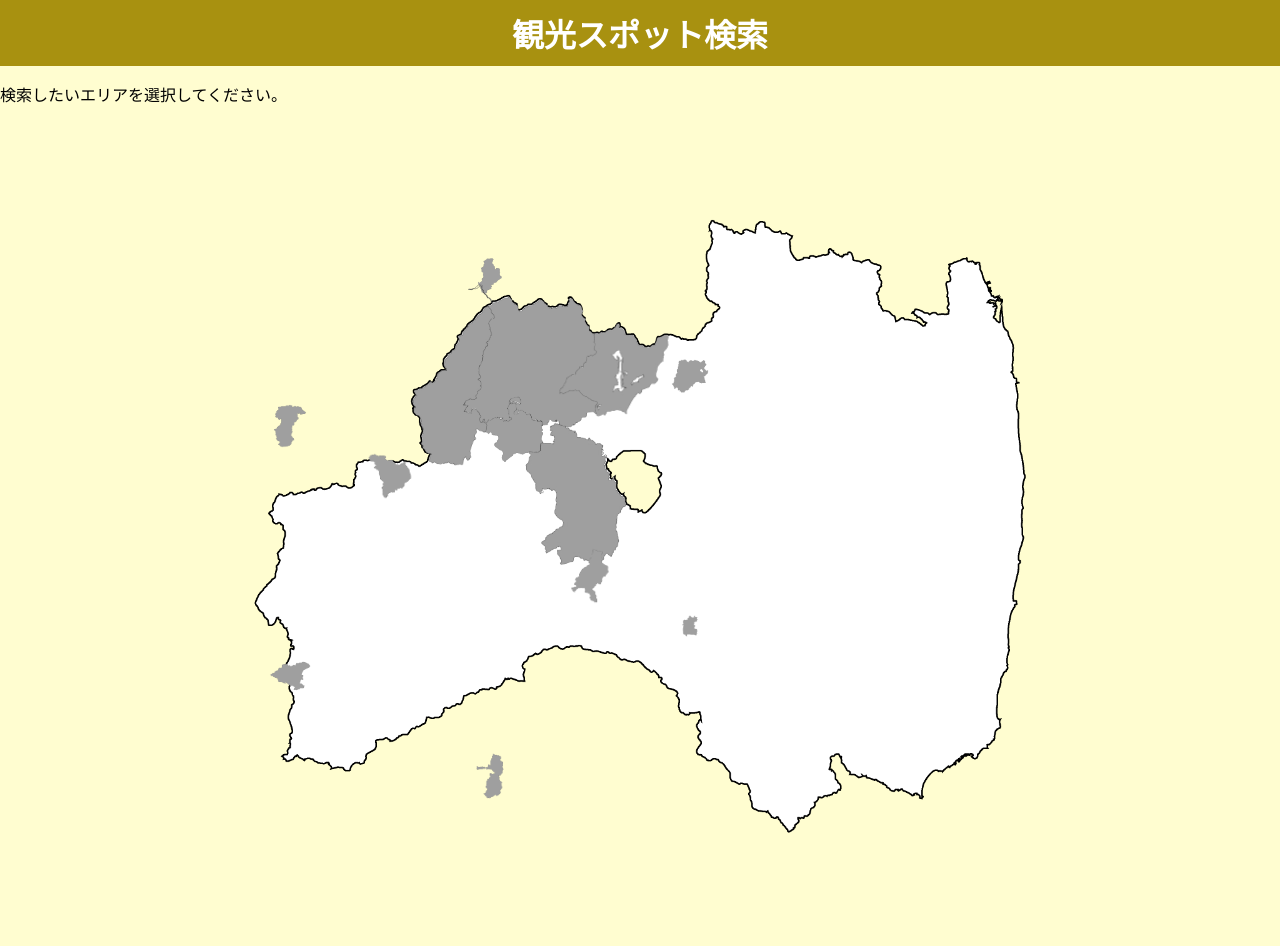
Repository: ryoutana/tanaryou.github.io
Page: Downloads/project/index.html
These files come from the project's save history. The page is drawn as it stood at one moment and after a run of saves; the edit follows.
The browser window is 1280 px wide. The pictures show the whole page.

Above is the page before, as saved 2025-04-29 13:35:23.

After the next 3 saves:
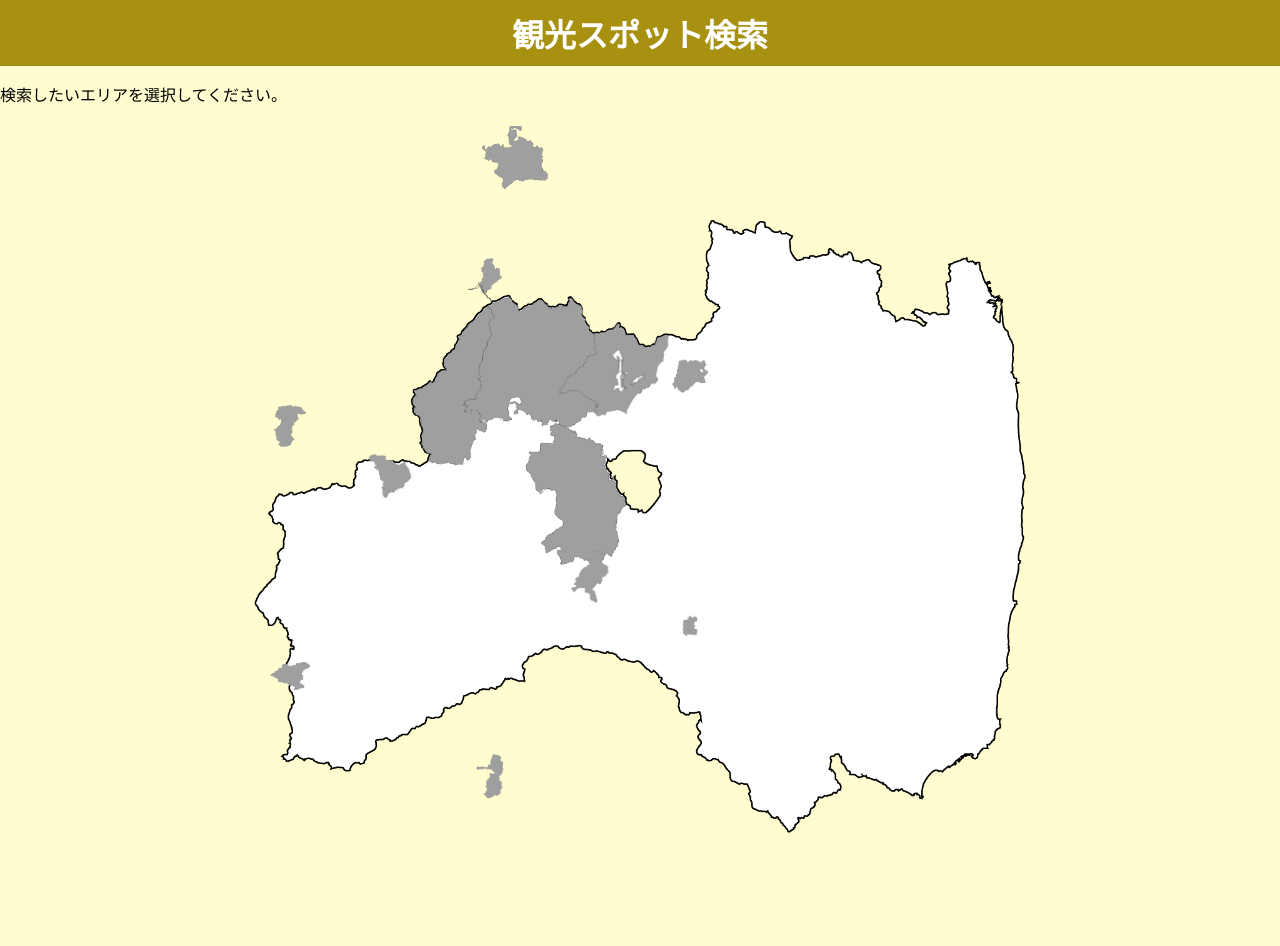
The 3 saves are shown as one change because they came seconds apart.
The last was saved 13 s later.
--- a/Downloads/project/script.js
+++ b/Downloads/project/script.js
@@ -2,7 +2,7 @@
 
 // スポットデータ（座標は地図画像内の相対的なピクセル位置）
 const spots = [
-    { name: '会津坂下町', img: '会津坂下町(白地図).png', x: 275, y: 303, width: 78 },
+    { name: '会津坂下町', img: '会津坂下町(白地図).png', x: 275, y: 30, width: 78 },
     { name: '会津若松市', img: '会津若松市(白地図).png', x: 336, y: 368, width: 160 },
     { name: '会津美里町', img: '会津美里町(白地図).png', x: 250, y: 150, width: 40 },
     { name: '喜多方市', img: '喜多方市(白地図).png', x: 291, y: 230, width: 170 },

After the 2 saves that followed:
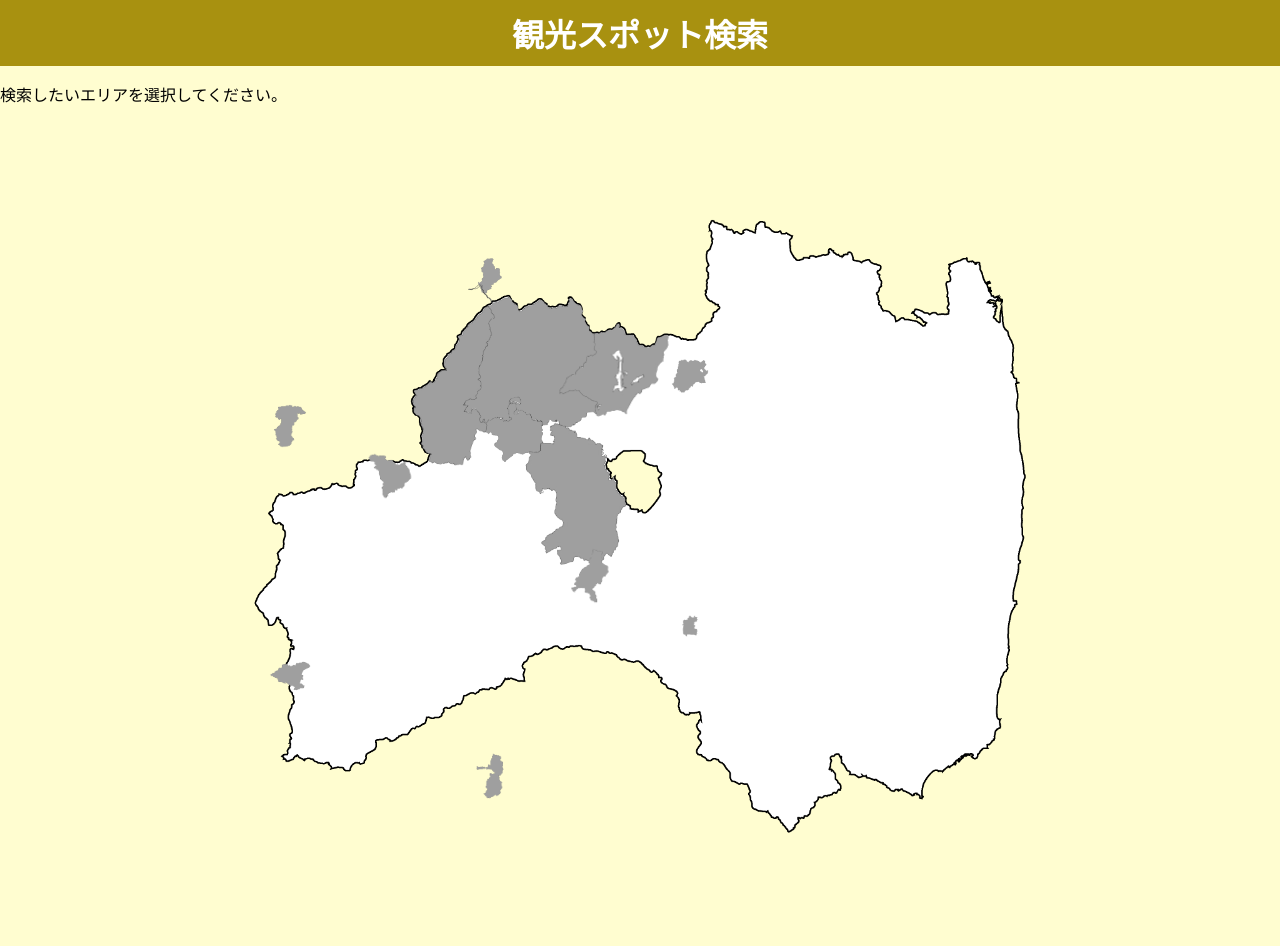
The 2 saves are shown as one change because they came seconds apart.
The last was saved 7 s later.
--- a/Downloads/project/script.js
+++ b/Downloads/project/script.js
@@ -2,7 +2,7 @@
 
 // スポットデータ（座標は地図画像内の相対的なピクセル位置）
 const spots = [
-    { name: '会津坂下町', img: '会津坂下町(白地図).png', x: 275, y: 30, width: 78 },
+    { name: '会津坂下町', img: '会津坂下町(白地図).png', x: 275, y: 303, width: 78 },
     { name: '会津若松市', img: '会津若松市(白地図).png', x: 336, y: 368, width: 160 },
     { name: '会津美里町', img: '会津美里町(白地図).png', x: 250, y: 150, width: 40 },
     { name: '喜多方市', img: '喜多方市(白地図).png', x: 291, y: 230, width: 170 },
